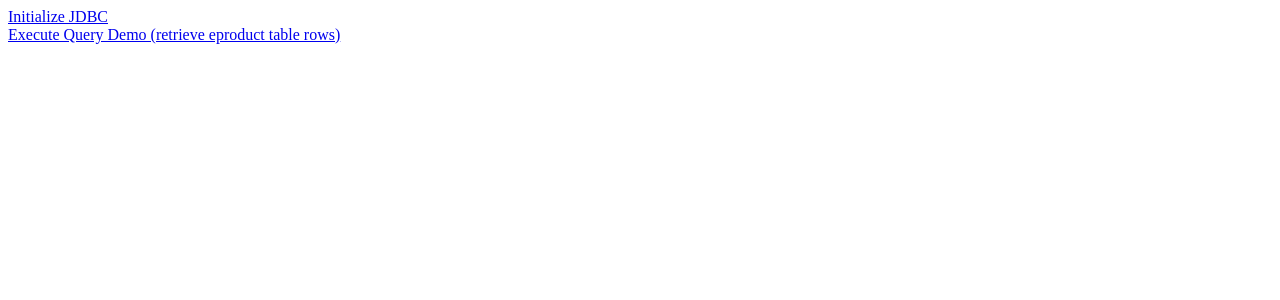
Repository: ashokwork1/slma
Page: JDBCDEMO/WebContent/index.html
These files come from the project's save history. The page is drawn as it stood at one moment and after the next save; the edit follows.
The browser window is 1280 px wide. The pictures show the whole page.

Above is the page before, as saved 2023-05-26 10:25:34.

### JDBCDEMO/WebContent/index.html
<a href="init">Initialize JDBC</a><br>

<a href="statement-demo">Execute Query Demo (retrieve eproduct table rows)</a><br>

After the next save:
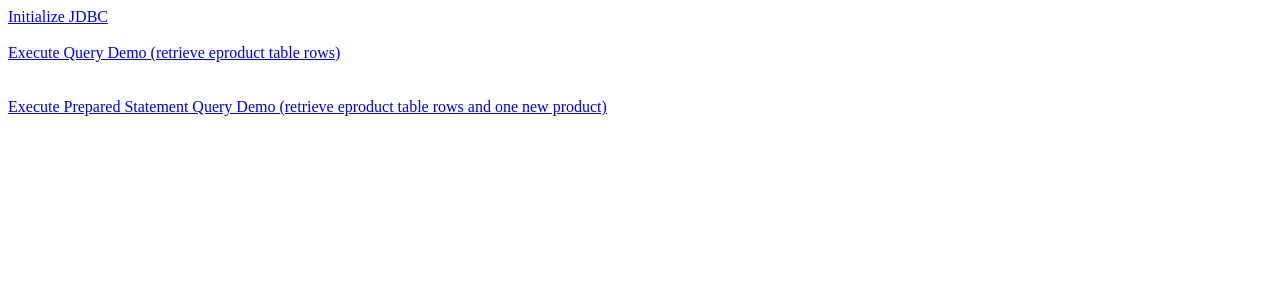
Saved 71 s later.
--- a/JDBCDEMO/WebContent/index.html
+++ b/JDBCDEMO/WebContent/index.html
@@ -1,3 +1,5 @@
 <a href="init">Initialize JDBC</a><br>
-
+<br>
 <a href="statement-demo">Execute Query Demo (retrieve eproduct table rows)</a><br>
+<br><br>
+<a href="prepared-statement-demo">Execute Prepared Statement Query Demo (retrieve eproduct table rows and one new product)</a><br>
